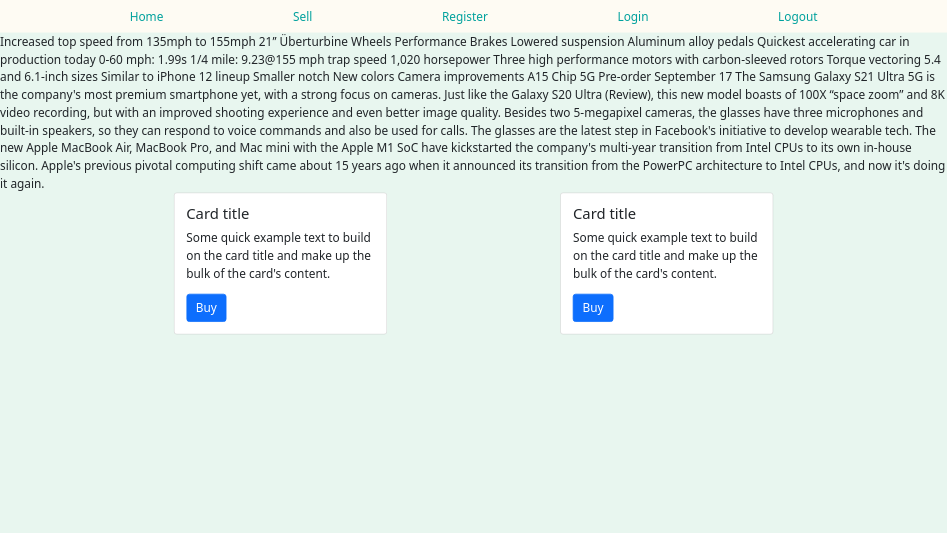
Repository: RiteshK555/itw-project
Page: http://localhost/
An editor plug-in stored every save of this project. The page is shown before and after a run of saves, followed by the edit.
The browser window is 1280 px wide. The pictures show the whole page, at 74% of full size.
The page is served by the project's application, run on Django 3.2 (student_olx/manage.py). The page reads the database file committed with the project.

Above is the page before, as saved 2021-09-19 13:34:50.

After the next 2 saves:
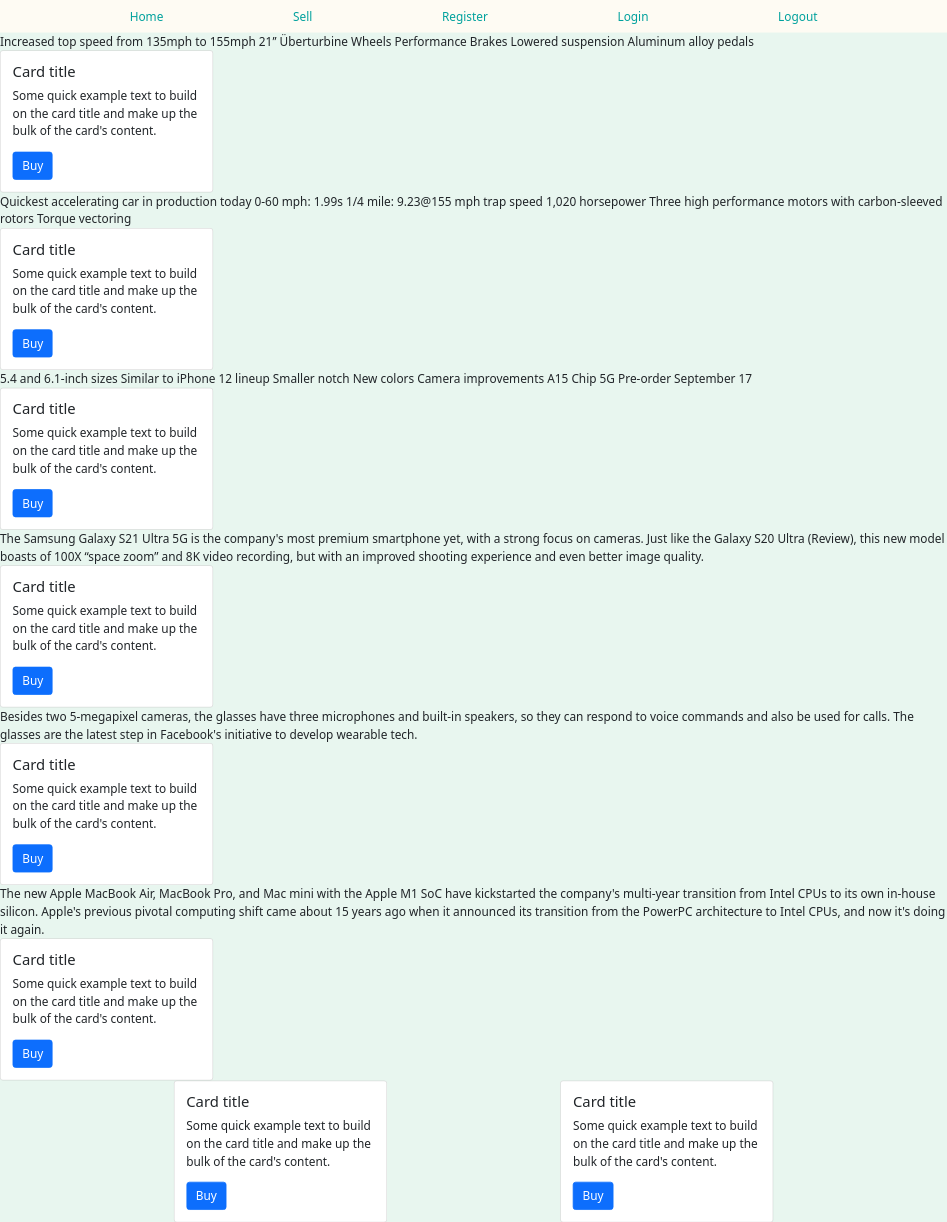
The 2 saves are shown as one change because they came seconds apart.
The last was saved 10 s later.
--- a/student_olx/main/templates/main/home.html
+++ b/student_olx/main/templates/main/home.html
@@ -9,6 +9,14 @@
 {%block content %}
 {%for product in  products%}
 {{product.description}}
+<div class="card" style="width: 18rem;">
+  {% comment %} <img src="..." class="card-img-top" alt="..."> {% endcomment %}
+  <div class="card-body">
+    <h5 class="card-title">Card title</h5>
+    <p class="card-text">Some quick example text to build on the card title and make up the bulk of the card's content.</p>
+    <a href="#" class="btn btn-primary">Buy</a>
+  </div>
+</div>
 {%endfor%}
 <div id="itemz">
 
